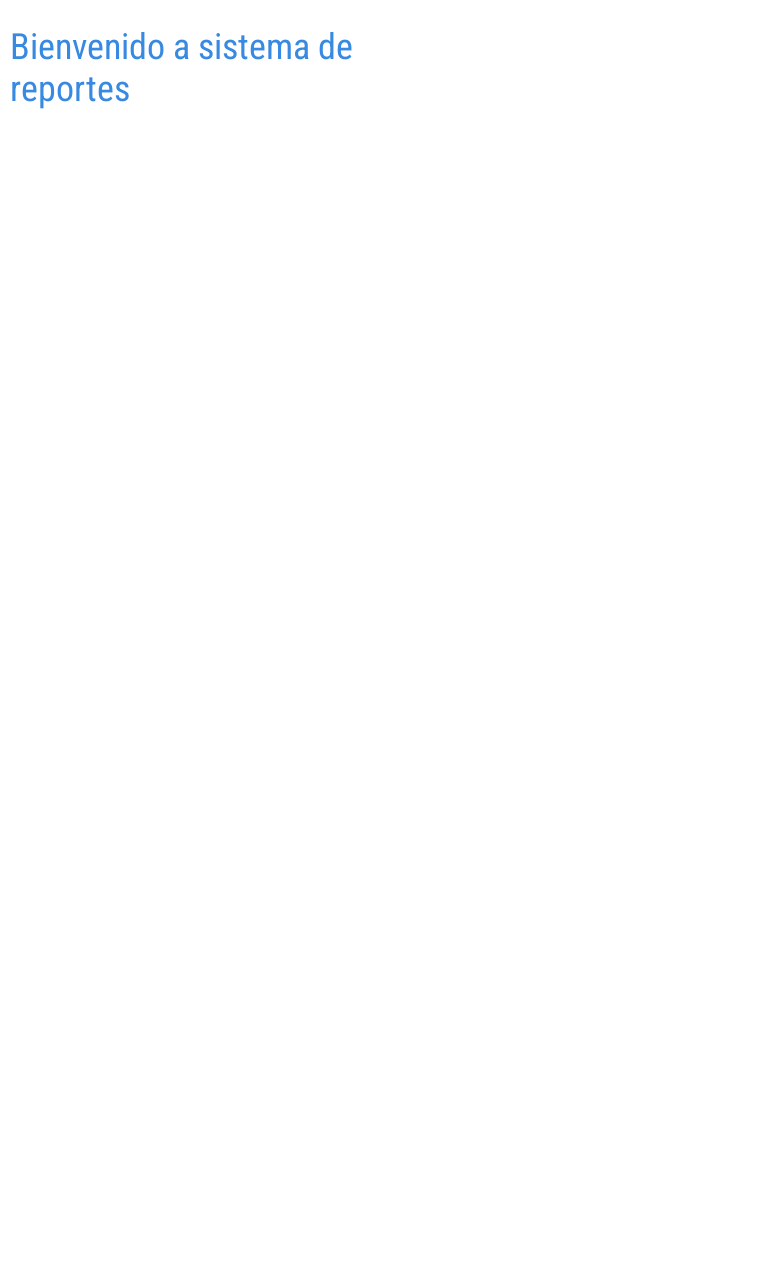
Repository: ramonramirezz/ReportesApp
Layout: Reportes/res/layout/welcome.xml
These files come from the project's save history. The layout is drawn as it stood at one moment and after the next save; the edit follows.
It is drawn on a 768 x 1280 px phone screen (xhdpi) without system bars, with theme AppTheme; the app's code is not run. The app's manifest (not shown) leaves right-to-left support off. So textAlignment, textDirection and layoutDirection are ignored, and left and right values win over start and end ones.

Above is the layout before, as saved 2015-11-20 23:52:23.

After the next save:
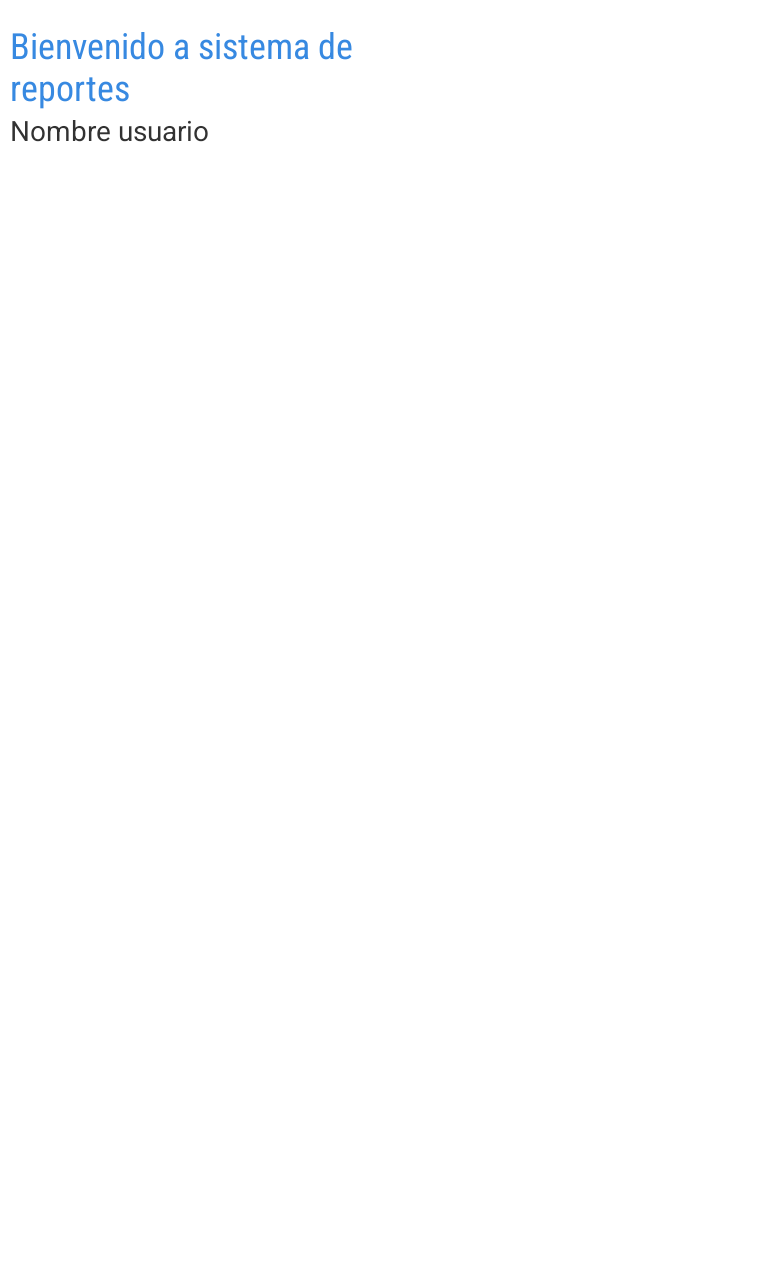
Saved 20 s later.
--- a/Reportes/res/layout/welcome.xml
+++ b/Reportes/res/layout/welcome.xml
@@ -27,7 +27,7 @@
 	    	android:id="@+id/tvNombreUsuario"
 	    	android:layout_width="wrap_content"
 	    	android:layout_height="wrap_content"
-
+	    	android:text="Nombre usuario"
 	    />
 
 
